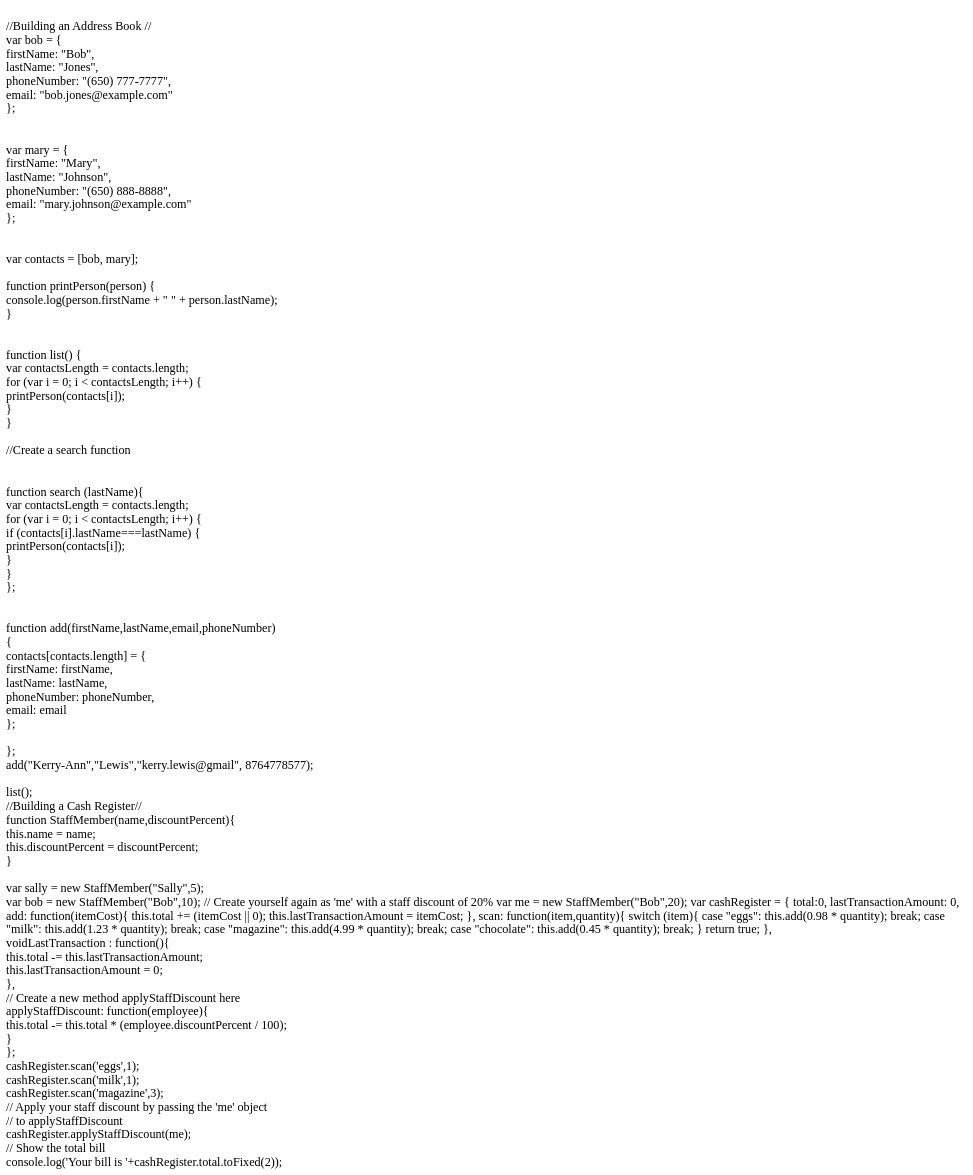
Repository: kernicole/info2180project1
Page: script.html
The author's editor kept a record of every edit. The page is drawn from the files as they stood at one moment, then again after the next edit.
The browser window is 1280 px wide. The pictures show the whole page, at 76% of full size.

Above is the page before.

After the next edit:
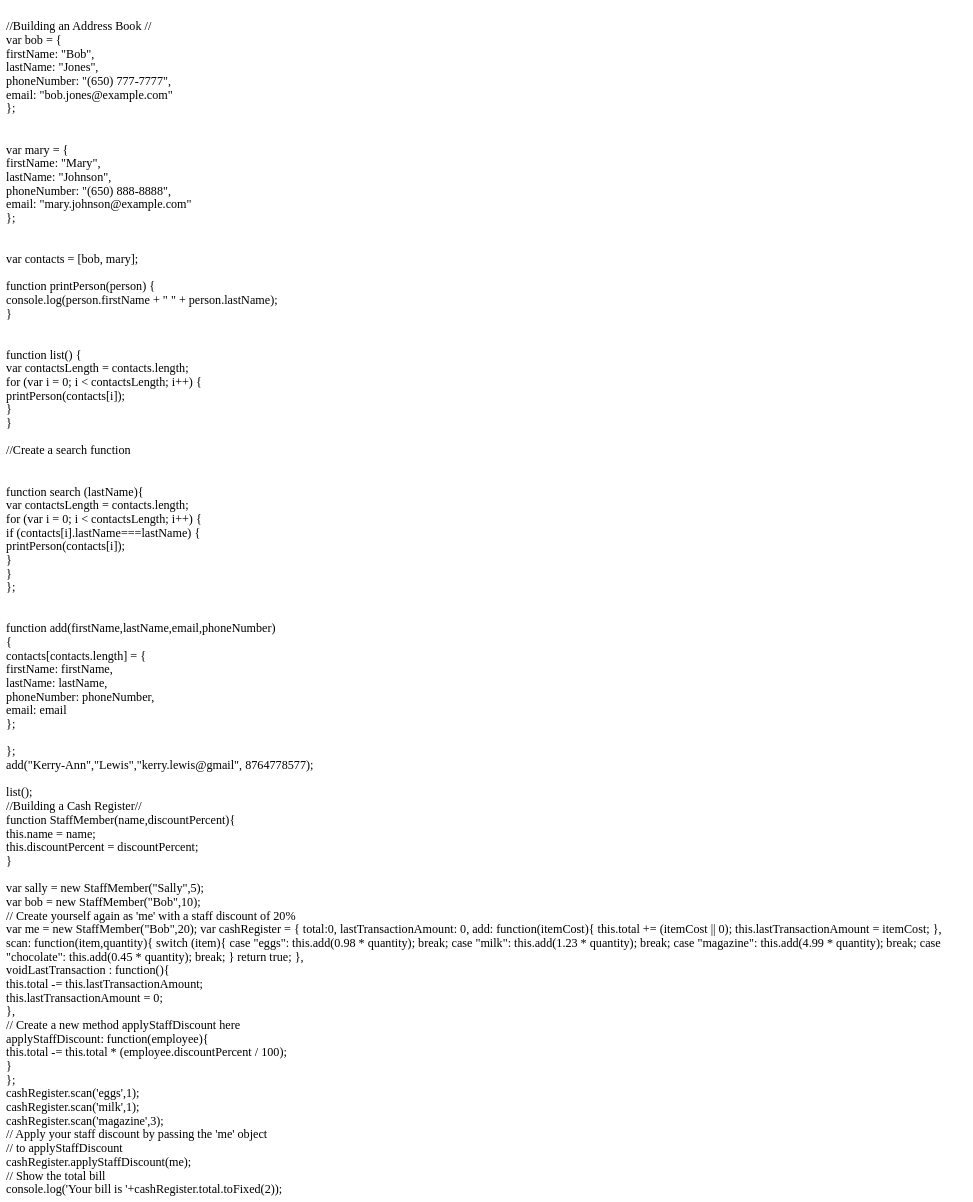
The edit:
--- a/script.html
+++ b/script.html
@@ -85,8 +85,8 @@
 <br/>var sally = new StaffMember("Sally",5);
 <br/>var bob = new StaffMember("Bob",10);
 
-// Create yourself again as 'me' with a staff discount of 20%
-var me = new StaffMember("Bob",20);
+<br/>// Create yourself again as 'me' with a staff discount of 20%
+<br/>var me = new StaffMember("Bob",20);
 
 var cashRegister = {
     total:0,
